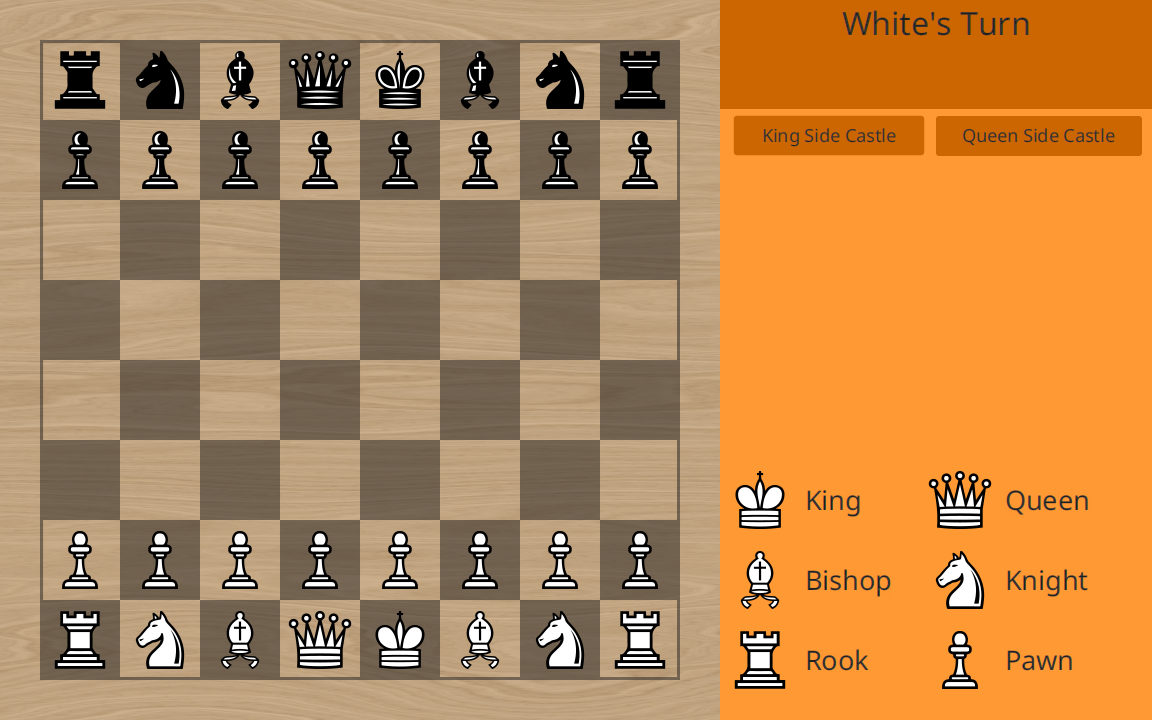
Repository: stitch366/chess
Program's window: java chess/src/application/Main.java
The author's editor kept a copy of each file at every save. The program's window is drawn from the files as they stood at one save, then again after the next save.
It runs on Java 21 on a 1366 x 768 screen with JavaFX 11; the title bar is not drawn. It also reads chess/src/chess-Img/bBishop.png, chess/src/chess-Img/bKing.png, chess/src/chess-Img/bKnight.png, chess/src/chess-Img/bPawn.png, chess/src/chess-Img/bQueen.png, chess/src/chess-Img/bRook.png, chess/src/chess-Img/wBishop.png, chess/src/chess-Img/wKing.png, chess/src/chess-Img/wKnight.png, chess/src/chess-Img/wPawn.png, chess/src/chess-Img/wQueen.png, chess/src/chess-Img/wRook.png and 1 more files.

Above is the program's window before, as saved 2016-04-17 17:48:10.

After the next save:
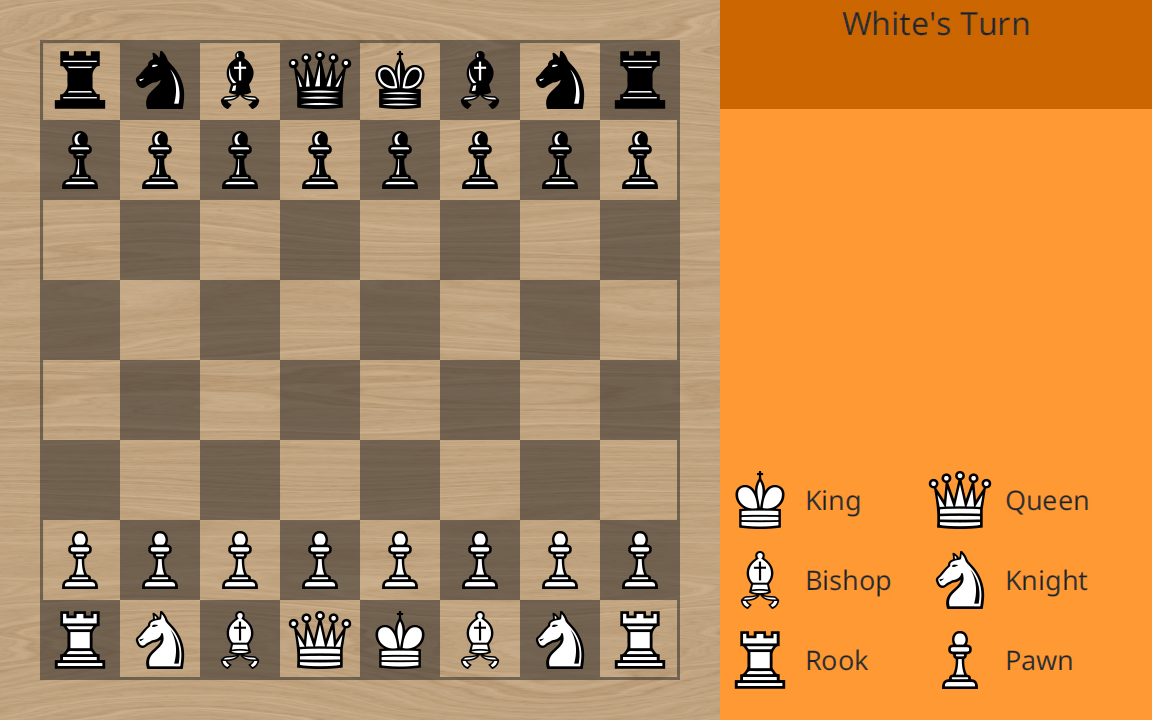
Saved 13 min 25 s later.
--- a/chess/src/application/BoardController.java
+++ b/chess/src/application/BoardController.java
@@ -25,6 +25,12 @@
 public class BoardController {
 	 	@FXML
 	    private AnchorPane root;
+
+	 	@FXML
+	 	private Button KingSide;
+
+	 	@FXML
+	 	private Button QueenSide;
 
 	 	@FXML
 	    private AnchorPane board;
@@ -618,7 +624,7 @@
 	    }
 
 	    @FXML
-	    public void CastleKingSide()
+	    public void CastleKingSide(ActionEvent event)
 	    {
 	    	String KingId = chess.getKingSideKID();
 	    	String RookId = chess.getKingSideRID();
@@ -640,10 +646,11 @@
 	    	pathTransition2.play();
 	    	chess.doMove(KingId, KingMov);
 	    	chess.doMove(RookId, RookMov);
-	    }
-
-	    @FXML
-	    public void CastleQueenSide()
+	    	event.consume();
+	    }
+
+	    @FXML
+	    public void CastleQueenSide(ActionEvent event)
 	    {
 	    	String KingId = chess.getQueenSideKID();
 	    	String RookId = chess.getQueenSideRID();
@@ -665,6 +672,7 @@
 	    	pathTransition2.play();
 	    	chess.doMove(KingId, KingMov);
 	    	chess.doMove(RookId, RookMov);
+	    	event.consume();
 	    }
 
 	    public void playNextTrnasiton()
@@ -694,10 +702,37 @@
 	    	}
 	    	ChangeTurn();
 	    	chess.setCastleMoves(CurrentTurn);
-	    	System.out.println("Can Queen side castle: " + chess.canQueenSideCastle());
+	    	toggleKingSide();
+	    	toggleQueenSide();
 	    	System.out.println("Can King side castle: " + chess.canKingSideCastle());
 	    	mov = new MoveInfo();
 	    	event.consume();
+	    }
+	    public void toggleKingSide()
+	    {
+	    	if(chess.canKingSideCastle() && KingSide.isDisabled())
+	    	{
+	    		KingSide.setDisable(false);
+	    		KingSide.setVisible(true);
+	    	}
+	    	else
+	    	{
+	    		KingSide.setDisable(true);
+	    		KingSide.setVisible(false);
+	    	}
+	    }
+	    public void toggleQueenSide()
+	    {
+	    	if(chess.canQueenSideCastle() && QueenSide.isDisabled())
+	    	{
+	    		QueenSide.setDisable(false);
+	    		QueenSide.setVisible(true);
+	    	}
+	    	else
+	    	{
+	    		QueenSide.setDisable(true);
+	    		QueenSide.setVisible(false);
+	    	}
 	    }
 	    public void Premote(String id)
 	    {
@@ -846,6 +881,10 @@
 	        this.peiceTypes[4] = "Rook";
 	        this.peiceTypes[5] = "Pawn";
 	    	setTurn("White");
+	    	KingSide.setDisable(true);
+    		KingSide.setVisible(false);
+    		QueenSide.setDisable(true);
+    		QueenSide.setVisible(false);
 	    	System.out.println(KingIcon.getStyleClass().get(0));
 	        disablePeicesToggle(chess.blackID, true);
 	        disablePeicesToggle(chess.spaceID, true);
